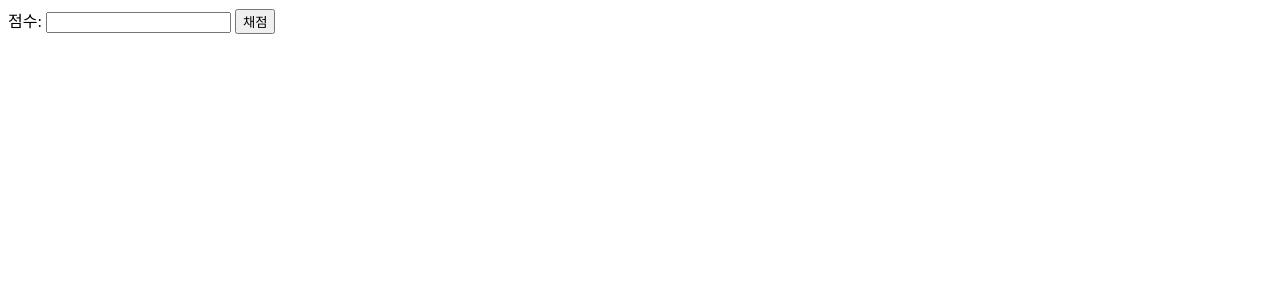
Repository: Jin0207/javaScript
Page: day0103/src/main/webapp/gradeTest.html
An editor plug-in stored every save of this project. The page is shown before and after the next save, followed by the edit.
The browser window is 1280 px wide. The pictures show the whole page.

Above is the page before, as saved 2022-01-03 06:09:20.

After the next save:
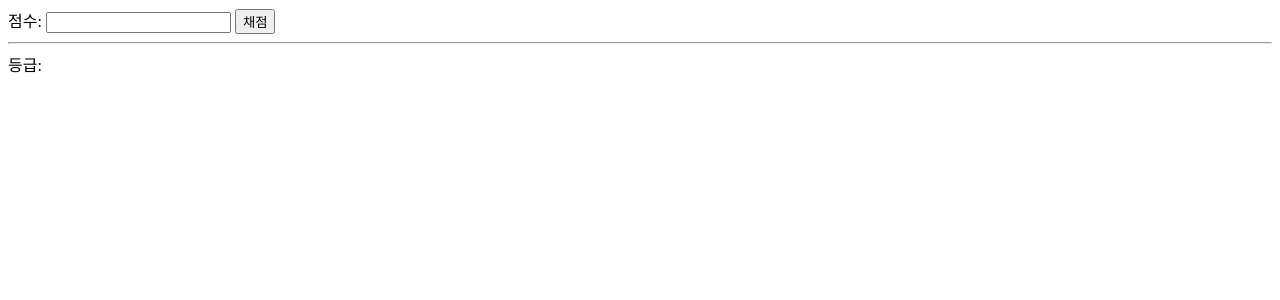
Saved 64 s later.
--- a/day0103/src/main/webapp/gradeTest.html
+++ b/day0103/src/main/webapp/gradeTest.html
@@ -17,11 +17,15 @@
 		}else if (num > 60) {
 			grade = "양"
 		}
+
+		document.getById("grade").innerHTML = `${grade}`;
 	}
 </script>
 </head>
 <body>
 	점수: <input type="number" id="num">
 	<button onclick="grade()">채점</button>
+	<hr>
+	등급: <span id="grade"></span>
 </body>
 </html>
